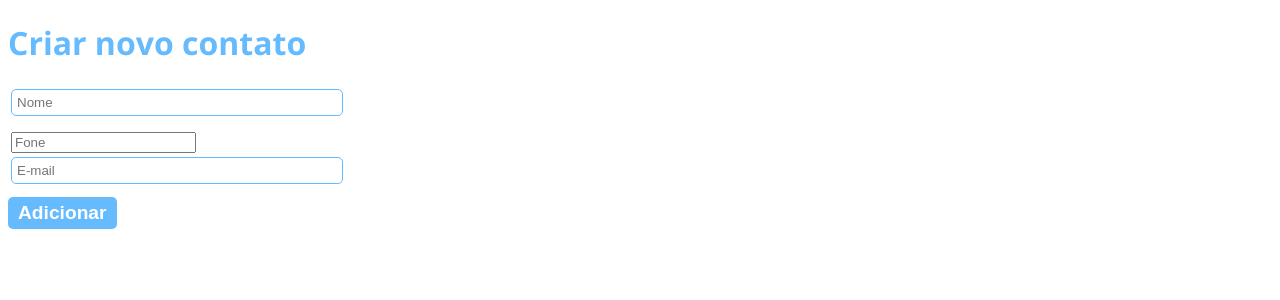
Repository: jairft/Agenda
Page: http://localhost/agenda/novo.html
These files come from the project's save history. The page is drawn as it stood at one moment and after the next save; the edit follows.
The browser window is 1280 px wide. The pictures show the whole page.
The page is served by Tomcat 9. Other server files are loaded and not shown.

Above is the page before, as saved 2022-09-06 22:04:48.

### agenda/src/main/webapp/novo.html
<!DOCTYPE html>
<html lang="pt-br">
<head>
<meta charset="utf-8">
<title>Agenda de contatos</title>
<link rel="icon" href="imagens/fivicon.png">
<link rel="styLesheet" href="style.css">
</head>
<body>
	<h1>Criar novo contato</h1>
	<form name="frmContato" action="">
		<table>
			<tr>
				<td><input type="text" name="nome" placeholder="Nome" class="caixa1"></td>
			</tr>
			<tr>
			<td><input type="text" name="fone" placeholder="Fone" class="caixa2"></td>
			</tr>
			<tr>
			<td><input type="text" name="email" placeholder="E-mail" class="caixa1"></td>
			</tr>
		</table>
		<input type="button" value="Adicionar" class="botao1">
	</form>
</body>
</html>

### agenda/src/main/webapp/style.css
@charset "utf-8";
@import url('https://fonts.googleapis.com/css2?family=Open+Sans:wght@400;700&display=swap');

body {
	font-family: 'Open Sans', sans-serif;
	font-size: 1em;
	font-weight: 400;
}

h1 {
	color: #66bbff;

}
.botao1 {
	text-decoration: none;
	background-color: #66bbff;
	padding: 5px 10px 5px 10px;
	color: #fff;
	font-size: 1.2em;
	font-weight: 700;
	border-radius: 5px;
	border: 0;
	cursor: pointer;
}

.caixa1 {
	width: 320px;
	padding: 5px;
	margin-bottom: 10px;
	border: 1px solid #66bbff;
	border-radius: 5px
}

.caixa2 {

}

After the next save:
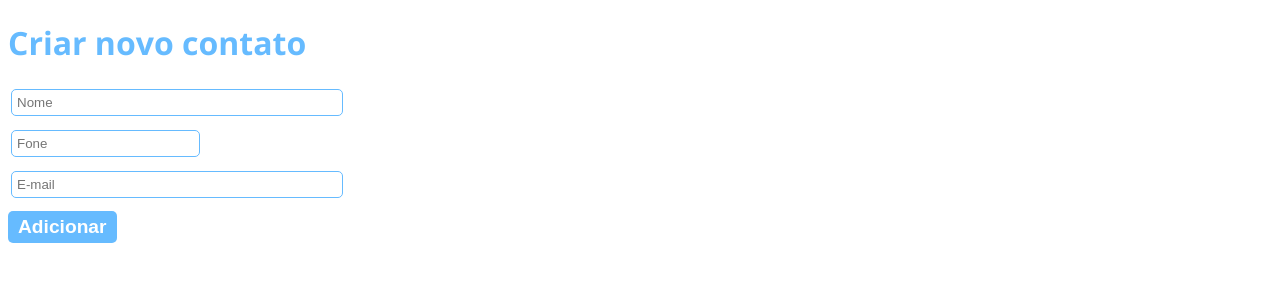
Saved 21 s later.
--- a/agenda/src/main/webapp/style.css
+++ b/agenda/src/main/webapp/style.css
@@ -32,5 +32,8 @@ h1 {
 }
 
 .caixa2 {
-
+	padding: 5px;
+	margin-bottom: 10px;
+	border: 1px solid #66bbff;
+	border-radius: 5px
 }
